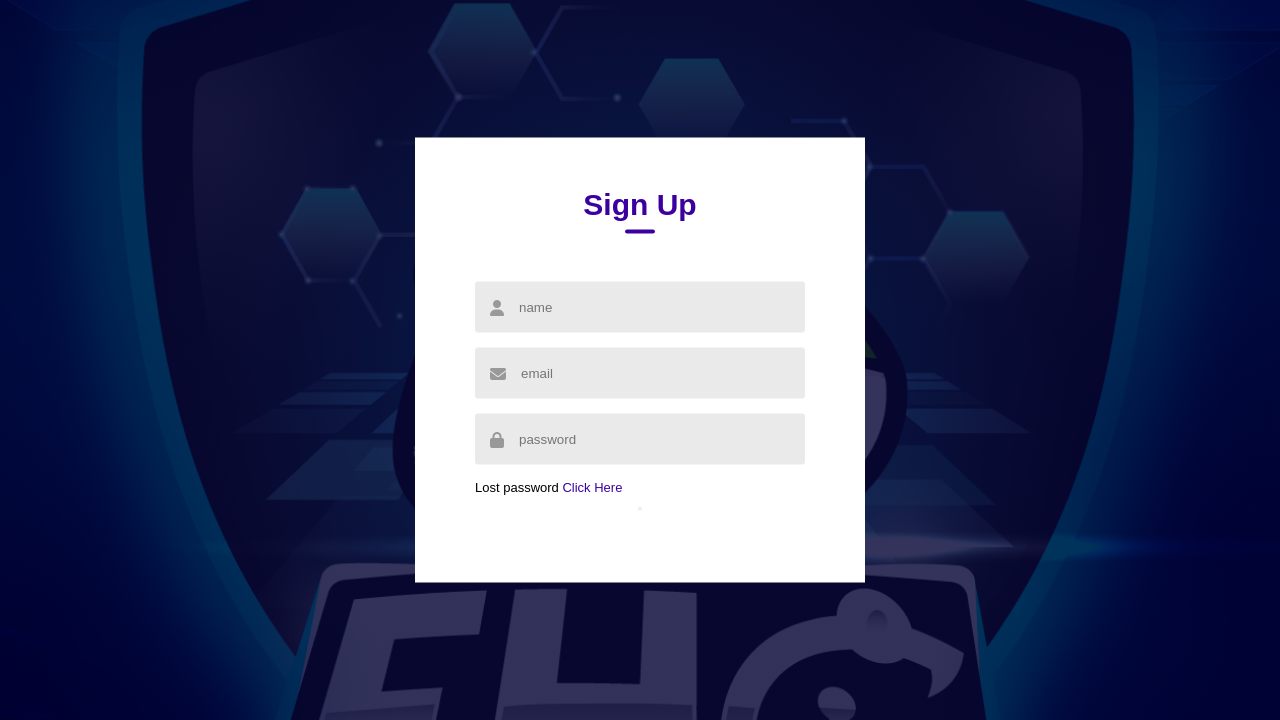
Repository: vietanhlek48/loginProject
Page: index.html
The author's editor kept a copy of each file at every save. The page is drawn from the files as they stood at one save, then again after the next save.
The browser window is 1280 px wide. The pictures show the whole page.
Some web libraries are served in a nearby version.

Above is the page before, as saved 2023-02-16 00:59:15.

### index.html
<!DOCTYPE html>
<html lang="en">
<head>
    <meta charset="UTF-8">
    <meta http-equiv="X-UA-Compatible" content="IE=edge">
    <meta name="viewport" content="width=device-width, initial-scale=1.0">
    <title>EHC Login Page</title>
    <link rel="stylesheet" href="style.css">
    <script src="https://kit.fontawesome.com/e76348e85f.js" crossorigin="anonymous"></script>
</head>
<body>
    <div class="container">
        <div class="form-box">
            <h1>Sign Up</h1>
            <form>
                <div class="input-group">
                    <div class="input-field">
                        <i class="fa-solid fa-user"></i>
                        <input type="text" placeholder="name">
                    </div>

                    <div class="input-field">
                        <i class="fa-solid fa-envelope"></i>
                        <input type="email" placeholder="email">
                    </div>

                    <div class="input-field">
                        <i class="fa-solid fa-lock"></i>
                        <input type="password" placeholder="password">
                    </div>
                </div>
                <p>Lost password <a href="###">Click Here</a></p>


                <div class="btn-field">
                    <button typpe="button"></button>
                </div>
            </form>
        </div>

    </div>



</body>
</html>

### style.css
*{
    margin: 0;
    padding: 0;
    font-family: 'Poppins', sans-serif;
    box-sizing: border-box;
}

.container{
    width: 100%;
    height: 100vh;
    background-image: linear-gradient(rgba(0, 0, 50, 0.8), rgba(0, 0, 50, 0.8)), url(background.png);
    background-position: center;
    background-size: cover;
    position: fixed;
}

.form-box{
    width: 90%;
    max-width: 450px;
    position: absolute;
    top: 50%;
    left: 50%;
    transform: translate(-50%, -50%);
    background: #fff;
    padding: 50px 60px 70px;
    text-align: center;
}

.form-box h1{
    font-size: 30px;
    margin-bottom: 60px;
    color: #3c00a0;
    position: relative;
}

.form-box h1::after{
    content: '';
    width: 30px;
    height: 4px;
    border-radius: 3px;
    background: #3c00a0;
    position: absolute;
    bottom: -12px;
    left: 50%;
    transform: translateX(-50%);
}

.input-field{
    background: #eaeaea;
    margin: 15px 0;
    border-radius: 3px;
    display: flex;
    align-items: center;
}

input{
    width: 100px;
    background: transparent;
    border: 0;
    outline: 0;
    padding: 18px 15px;
}

.input-field i{
    margin-left: 15px;
    color: #999;
}

form p{
    text-align: left;
    font-size: 13px;
}

form p a{
    text-decoration: none;
    color: #3c00a0;
}

After the next save:
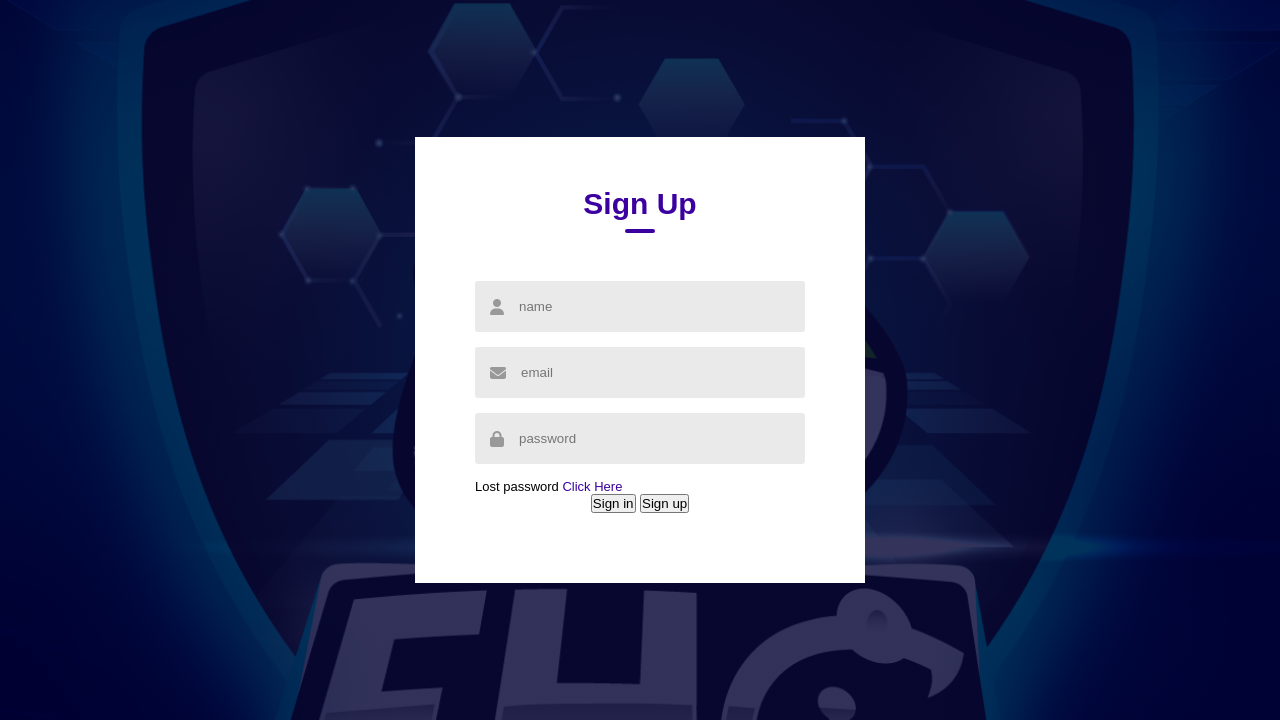
Saved 26 s later.
--- a/index.html
+++ b/index.html
@@ -33,7 +33,8 @@
 
 
                 <div class="btn-field">
-                    <button typpe="button"></button>
+                    <button typpe="button">Sign in</button>
+                    <button typpe="button">Sign up</button>
                 </div>
             </form>
         </div>
